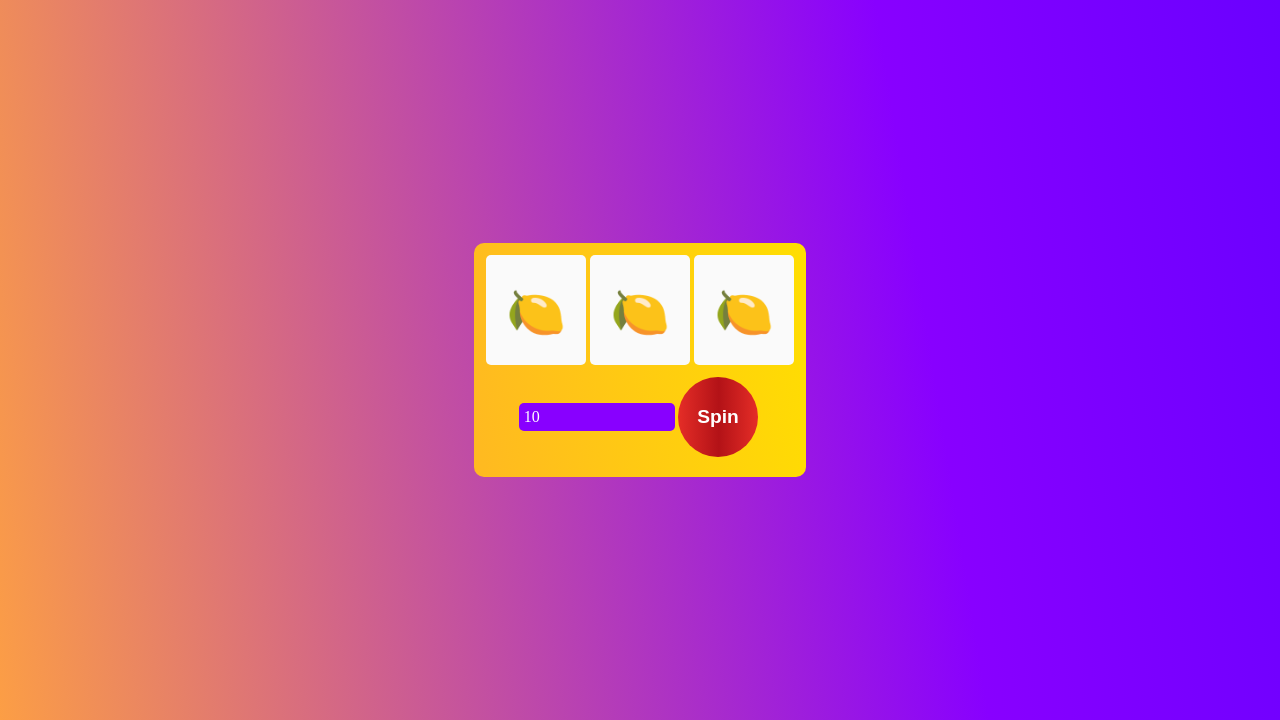
Repository: HERBOD7/slotmachine
Page: /
The author's editor kept a copy of each file at every save. The page is drawn from the files as they stood at one save, then again after the next save.
The browser window is 1280 px wide. The pictures show the whole page.
The project was rebuilt for these pictures with package versions that can differ from the ones it lists, and the page was loaded fresh each time. Also part of the build but not shown: vue.config.js.

Above is the page before, as saved 2023-07-23 12:21:27.

### src/App.vue
<template>
  <div id="app">
    <div class="machine">
      <div class="slots">
        <div class="slot" v-for="(symbol, name, i) in symbols" :key="i">
          <SlotBox
            :symbols="symbol"
            :slotName="name"
            :slotIsShuffling="isShuffling"
          />
        </div>
      </div>

      <div class="buttons">
        <div class="credit">{{ credit }}</div>
        <button @click="spin" class="spinner">Spin</button>
      </div>
    </div>
  </div>
</template>

<script>
import SlotBox from "./components/SlotBox.vue";

export default {
  name: "App",
  components: {
    SlotBox,
  },
  data() {
    return {
      symbols: {
        firstSlot: ["🍋", "🍉", "🍒", "🍊"],
        secondSlot: ["🍋", "🍉", "🍒", "🍊"],
        thirdSlot: ["🍋", "🍉", "🍒", "🍊"],
      },
      isShuffling: false,
      credit: 10,
    };
  },
  methods: {
    spin() {
      this.isShuffling = true;
      for (let name in this.symbols) {
        const arr = [];
        arr.push(...this.symbols[name]);
        this.symbols[name] = this.shuffle(arr);
      }
      setTimeout(() => {
        this.isShuffling = false;
      }, 100);
    },
    shuffle(array) {
      for (let i = array.length - 1; i > 0; i--) {
        const j = Math.floor(Math.random() * (i + 1));
        [array[i], array[j]] = [array[j], array[i]];
      }
      return array;
    },
  },
};
</script>

<style>
body {
  width: 100vw;
  height: 100vh;
  margin: 0;
  padding: 0;
}

#app {
  width: 100%;
  height: 100%;
  display: flex;
  flex-direction: column;
  justify-content: center;
  align-items: center;
  background: rgb(106, 0, 255);
  background: linear-gradient(
    261deg,
    rgba(106, 0, 255, 1) 0%,
    rgba(136, 0, 255, 1) 29%,
    rgba(252, 158, 69, 1) 100%
  );
}

.machine {
  background: rgb(255, 222, 1);
  background: linear-gradient(
    261deg,
    rgba(255, 222, 1, 1) 0%,
    rgba(255, 185, 33, 1) 100%
  );
  padding: 10px;
  border-radius: 10px;
}

.slots {
  display: flex;
  /* background: rgb(255, 222, 1);
  background: linear-gradient(
    261deg,
    rgba(255, 222, 1, 1) 0%,
    rgba(255, 185, 33, 1) 100%
  );
  padding: 10px;
  border-radius: 10px; */
}

.slot {
  background: #fafafa;
  width: 100px;
  height: 110px;
  overflow: hidden;
  border-radius: 5px;
  margin: 2px;
}

.buttons {
  display: flex;
  align-items: center;
  justify-content: center;
  padding: 10px;
}

button {
  cursor: pointer;
  font-size: 1.2rem;
  margin: 0 0.2rem;
  border: none;
  border-radius: 5px;
  padding: 10px 15px;
}

.credit {
  background: rgba(136, 0, 255, 1) 29%;
  padding: 5px;
  border-radius: 5px;
  color: white;
  width: 50%;
}

.spinner {
  height: 80px;
  width: 80px;
  border-radius: 100%;
  background: rgb(255, 0, 0);
  background-image: linear-gradient(
    to right,
    #e52d27 0%,
    #b31217 51%,
    #e52d27 100%
  );
  color: white;
  font-weight: bold;
}

.spinner:hover {
  background-position: right center;
}
</style>

### src/components/SlotBox.vue
<template>
  <div class="boxes">
    <div
      :class="[
        'box',
        slotIsShuffling ? 'before-animate blur' : slotName + '-animation',
      ]"
      v-for="(item, index) in symbols"
      :key="index"
    >
      {{ item }}
    </div>
  </div>
</template>

<script>
export default {
  name: "SlotBox",
  props: {
    symbols: Array,
    slotIsShuffling: Boolean,
    slotName: String,
  },
};
</script>

<!-- Add "scoped" attribute to limit CSS to this component only -->
<style scoped>
.boxes {
  transform: translateY(0);
  transition: transform 1s ease-in-out;
}

.box {
  display: flex;
  justify-content: center;
  align-items: center;
  font-size: 3rem;
  height: 110px;
  width: 100px;
}

.firstSlot-animation {
  transform: translateY(3px);
  transition: transform 0.5s ease-in-out;
}

.secondSlot-animation {
  transform: translateY(3px);
  transition: transform 0.8s ease-in-out;
}

.thirdSlot-animation {
  transform: translateY(3px);
  transition: transform 1s ease-in-out;
}

.before-animate {
  transform: translateY(-20px);
}

.blur {
  filter: blur(1px);
}
</style>

Loaded but not shown: public/index.html (common file); src/main.js (common file)

After the next save:
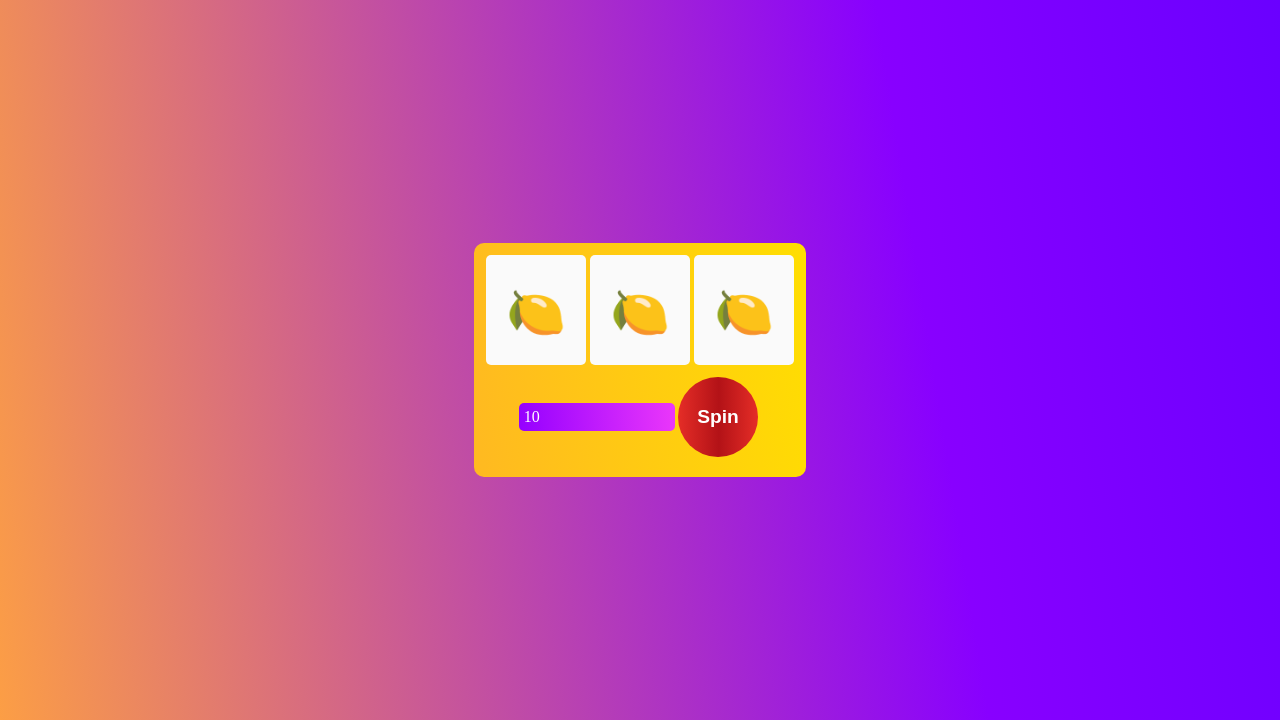
Saved 104 s later.
--- a/src/App.vue
+++ b/src/App.vue
@@ -134,7 +134,12 @@ button {
 }
 
 .credit {
-  background: rgba(136, 0, 255, 1) 29%;
+  background: rgb(149, 0, 255);
+  background: linear-gradient(
+    85deg,
+    rgba(149, 0, 255, 1) 0%,
+    rgba(235, 55, 250, 1) 100%
+  );
   padding: 5px;
   border-radius: 5px;
   color: white;
